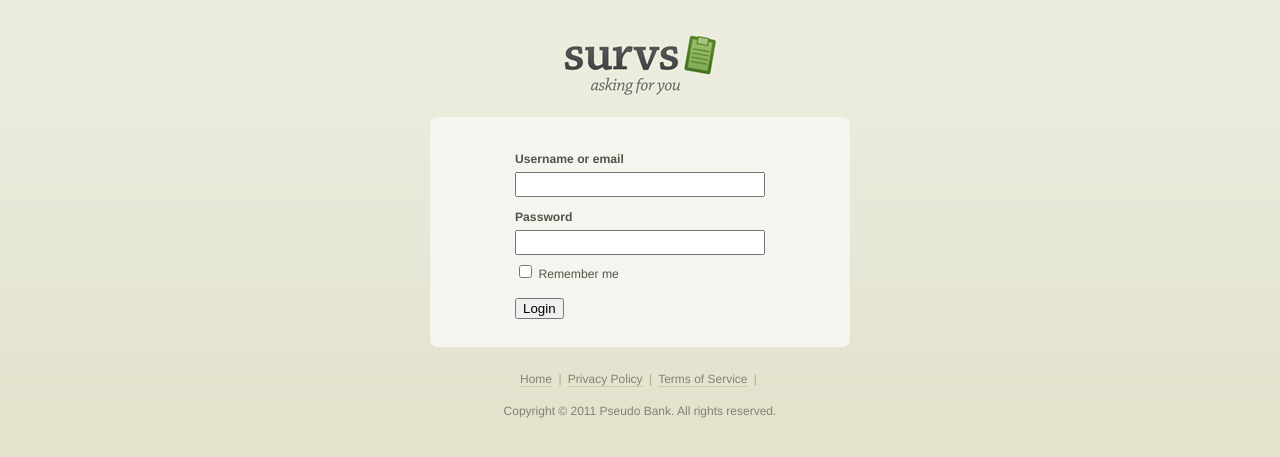
Repository: hareth12/Final-Year-Project
Page: http://localhost/pibChinese/Login/select.jsp
The author's editor kept a copy of each file at every save. The page is drawn from the files as they stood at one save, then again after the next save.
The browser window is 1280 px wide. The pictures show the whole page.
The page is served by Tomcat 9.

Above is the page before, as saved 2011-09-22 16:52:18.

After the next save:
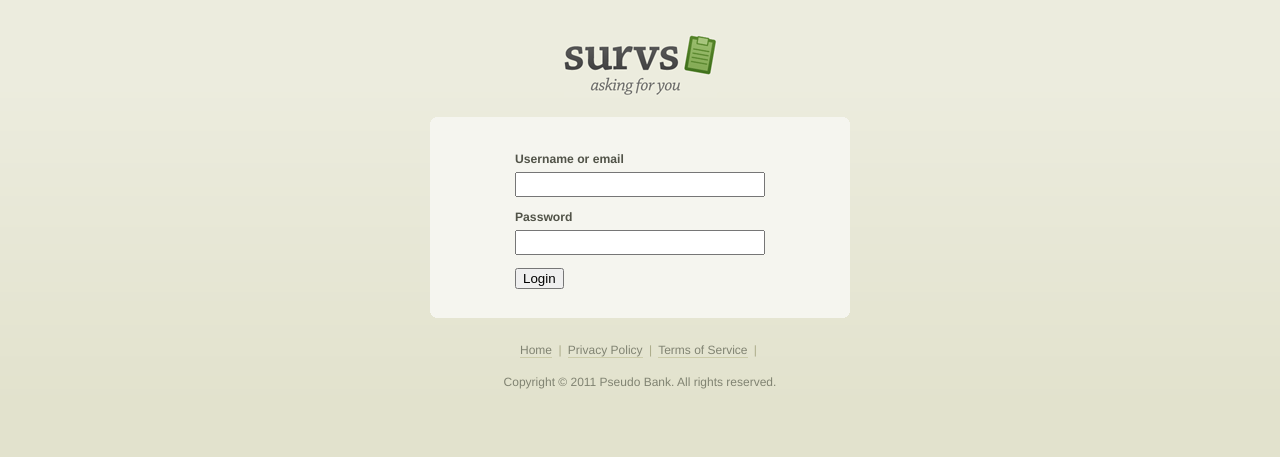
Saved 8 s later.
--- a/pibChinese/WebContent/Login/select.jsp
+++ b/pibChinese/WebContent/Login/select.jsp
@@ -28,9 +28,6 @@
                             <td><p class="mtop05 mbottom025"><strong><label for="password">Password</label></strong></p><input tabindex="2" class="inputtext" type="password" name="password" id="password" /></td>
                         </tr>
 
-                        <tr>
-                            <td><p class="mtop025 mbottom0"><input type="checkbox" name="remember" id="rememberMe" tabindex="3"/> <label for="rememberMe">Remember me</label></p></td>
-                        </tr>
 
 
                         <tr>
